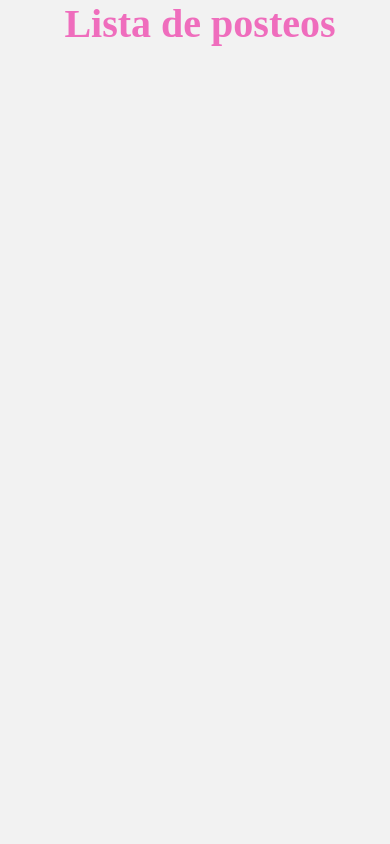
Repository: larafernandezo/finalprog3
Screen: /Home
The author's editor kept a copy of each file at every save. The screen is drawn from the files as they stood at one save, then again after the next save.
The page's requests for data from a server got no answer. The app was drawn by React Native's web renderer in a window 390 px wide. The project was rebuilt for these pictures with package versions that can differ from the ones it lists, and the page was loaded fresh each time. No one was signed in, and anything a server would have sent is missing. Also part of the build but not shown: src/components/Camera.js, src/screens/Registro.js, src/components/Post.js, src/screens/MiPerfil.js, src/screens/NuevoPost.js, src/components/Menu.js, src/screens/Perfil.js.

Above is the screen before, as saved 2022-11-22 11:38:11.

### App.js
import { StyleSheet, View } from 'react-native';
import { NavigationContainer } from '@react-navigation/native';
import { createNativeStackNavigator } from '@react-navigation/native-stack';
import Registro from './src/screens/Registro';
import Login from './src/screens/Login';
import Home from './src/screens/Home';
import Menu from './src/components/Menu';
import Perfil from './src/screens/Perfil';


const Stack = createNativeStackNavigator();


function App() {
  return (
    <NavigationContainer>
      <Stack.Navigator>
        <Stack.Screen name='Login' component={Login} options= {{ headerShown : false}}/>
        <Stack.Screen name='Registro' component={Registro} options= {{ headerShown : false}}/>
        <Stack.Screen name='Home' component={Home} options= {{ headerShown : false}}/>
        <Stack.Screen name='Menu' component={Menu} options= {{ headerShown : false}}/>
      </Stack.Navigator>
    </NavigationContainer>
  );
};

export default App;

### src/screens/Login.js
import React, {Component} from 'react';
import {auth} from '../firebase/config';
import {View, Text, StyleSheet, TextInput, TouchableOpacity, Image} from 'react-native';

class Login extends Component {
    constructor(){
        super()
        this.state = {
            email: "",
            contraseña: "",
            error: ""
        }
    }

    componentDidMount(){
        auth.onAuthStateChanged(usuario => {
            if (usuario){
                this.props.navigation.navigate ("Menu")
            }
        })
    }

    iniciarUsuario(email, contraseña){
        auth.signInWithEmailAndPassword(email, contraseña)
            .then( res => {
                this.props.navigation.navigate("Menu")
            })
            .catch(error =>
                this.setState({
                error: error.message
            })
            )
    }

    render(){
        return(
            <View style={styles.fondo}>

            <Text style={styles.error}>{this.state.error}</Text>


                <Text style={styles.titulo}>Iniciar Sesión</Text>

                <View style={styles.caja}>
                <Text style={styles.error}>{this.state.error}</Text>
                    <TextInput
                        placeholder= 'Cuenta de Email'
                        keyboardType= 'email-address'
                        onChangeText={ texto => this.setState({email : texto})}
                        value = {this.state.email}
                        style={styles.fillin}
                    />
                    <TextInput
                        placeholder= 'Contraseña'
                        keyboardType= 'default'
                        secureTextEntry = {true}
                        onChangeText={ texto => this.setState({contraseña : texto})}
                        value = {this.state.contraseña}
                        style={styles.fillin}
                    />


{
                this.state.email =="" || this.state.contraseña =="" ?
                    <TouchableOpacity>
                        <Text style={styles.alerta}>Ingresar</Text>
                    </TouchableOpacity>
                :
                    <TouchableOpacity onPress={ () => this.iniciarUsuario (this.state.email, this.state.contraseña)} >
                        <Text style={styles.cont}>Ingresar</Text>
                    </TouchableOpacity>

}

                    <Text onPress={ () => this.props.navigation.navigate ('Registro')} style={styles.switch}>¿No tenés cuenta? Registrate haciendo click aquí</Text>
                </View>
            </View>
        )
    }
}

const styles = StyleSheet.create({
    fondo: {
        alignItems: 'center',
        backgroundColor: 'rgb(234, 242, 248)',
    },
    titulo: {
        color: 'rgb(52, 152, 219)',
        fontFamily: 'avenir',
        fontSize: 26,
        margin: 60,
    },
    caja:{
        backgroundColor: 'rgb(215, 219, 221)',
        borderRadius: 6,
        padding: 20,

    },
    fillin: {
        backgroundColor: 'rgb(253, 254, 254)',
        color: 'rgb(179, 182, 183)',
        fontFamily: 'avenir',
        fontSize: 13,
        margin: 10,
        borderRadius: 6,
        textAlign: 'center',
        padding: 5,
        textAlign: 'left',
    },
    cont: {
        fontFamily: 'avenir',
        fontSize: 14,
        margin: 10,
        backgroundColor: 'rgb(234,252,255)',
        borderRadius: 10,
        textAlign: 'center',
        padding: 5,
    },
    alerta: {
        fontFamily: 'avenir',
        fontSize: 14,
        margin: 10,
        backgroundColor: 'rgb(52, 152, 219)',
        borderRadius: 10,
        textAlign: 'center',
        padding: 5,
        color: 'rgb(234,252,255)',
    },
    switch: {
        fontFamily: 'avenir',
        fontSize: 10,
        margin: 4,
        textAlign: 'center',
        color:'rgb(77, 86, 86)',
    },
    error: {
        fontFamily: 'avenir',
        fontSize: 19,
        margin: 20,
        color: 'rgb(203, 67, 53)'
    },
})



export default Login;

### src/screens/Home.js
import React, { Component } from 'react';
import { View, Text, FlatList,  StyleSheet, TextInput} from 'react-native';
import Post from '../components/Post';
import { db } from '../firebase/config'


class Posts extends Component {

    constructor(props) {
        super(props)
        this.state = {
            posteos: [],
        }
    }

    componentDidMount() {
        db.collection('posts').onSnapshot(
            docs => {
                let posts = [];
                docs.forEach(doc => {
                    posts.push({
                        id: doc.id,
                        data: doc.data()
                    })
                })
                this.setState({
                    posteos: posts,
                })
            })
    }

    render() {
        return (
          //prueba1 descomento para ver si funca
            <View style={styles.view}>
            <Text style={styles.title}> Lista de posteos</Text>
            <FlatList
                    data={this.state.posteos}
                    keyExtractor={ item => item.id.toString()}
                    renderItem={ ({item}) => <Post postData={item} navigation={this.props.navigation} id={item.id}/>}
            />
            </View>
        )
    }
}
const styles = StyleSheet.create({

   title:{
        fontSize: 40,
        fontWeight:'bold',
        textAlign:'center',
        fontFamily: 'raleway heavy',
        color: '#ef6dbd'

    },
    view:{
        flex:1
    }
})

export default Posts;

### src/firebase/config.js
import app from 'firebase/app';
import firebase from 'firebase';

const firebaseConfig = {
    apiKey: "AIzaSyDPgkPZuV5RhBSI7u_oFMlRH3es895rxlU",
    authDomain: "finalprog3-bb705.firebaseapp.com",
    projectId: "finalprog3-bb705",
    storageBucket: "finalprog3-bb705.appspot.com",
    messagingSenderId: "894733539643",
    appId: "1:894733539643:web:6ef31fb78c2644aa783f1e"
  };

app.initializeApp(firebaseConfig);

export const auth = firebase.auth();
export const storage = app.storage();
export const db = app.firestore();

After the next save:
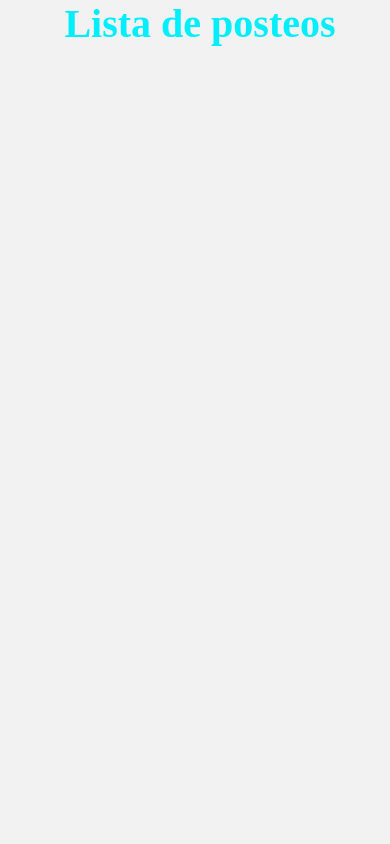
Saved 46 s later.
--- a/src/screens/Home.js
+++ b/src/screens/Home.js
@@ -50,7 +50,7 @@ const styles = StyleSheet.create({
         fontWeight:'bold',
         textAlign:'center',
         fontFamily: 'raleway heavy',
-        color: '#ef6dbd'
+        color: '#00efff'
 
     },
     view:{
